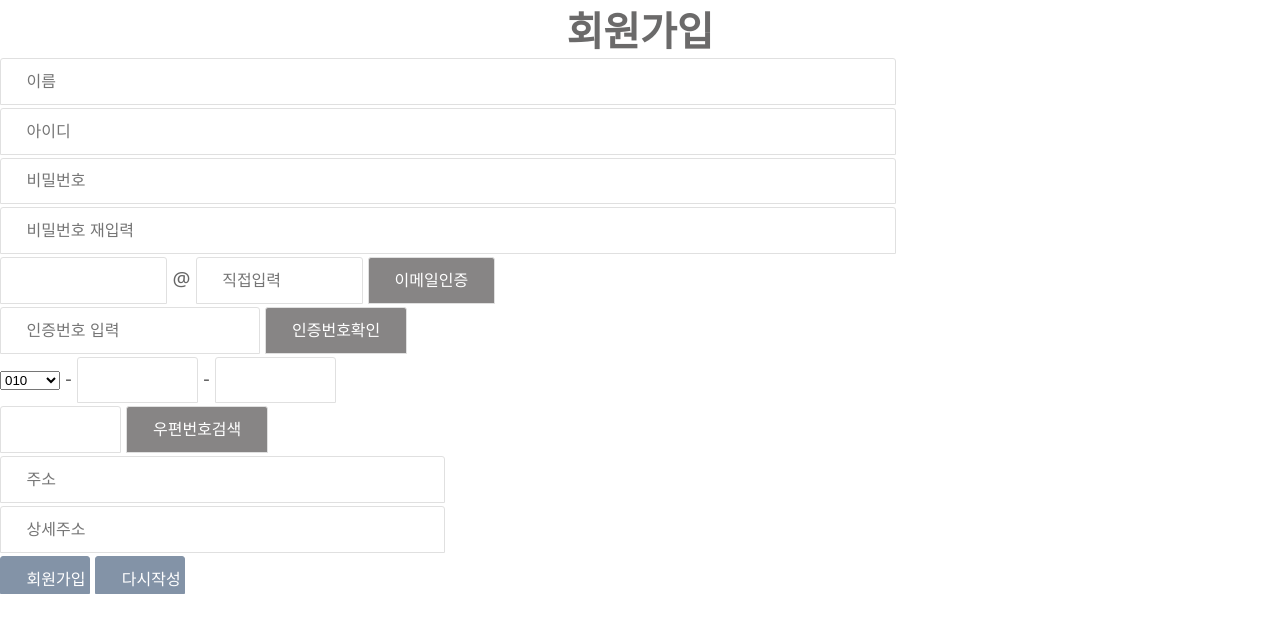
Repository: keepsus/gaebokchi
Page: http://localhost/uzuslime/member/memberWriteForm.jsp
The author's editor kept a copy of each file at every save. The page is drawn from the files as they stood at one save, then again after the next save.
The browser window is 1280 px wide. The pictures show the whole page.
Some web fonts or font styles are not loaded; a fallback is used. The page is served by Tomcat 9. Nobody is signed in. The application's start-up code is not run.

Above is the page before, as saved 2021-02-12 11:05:03.

After the next save:
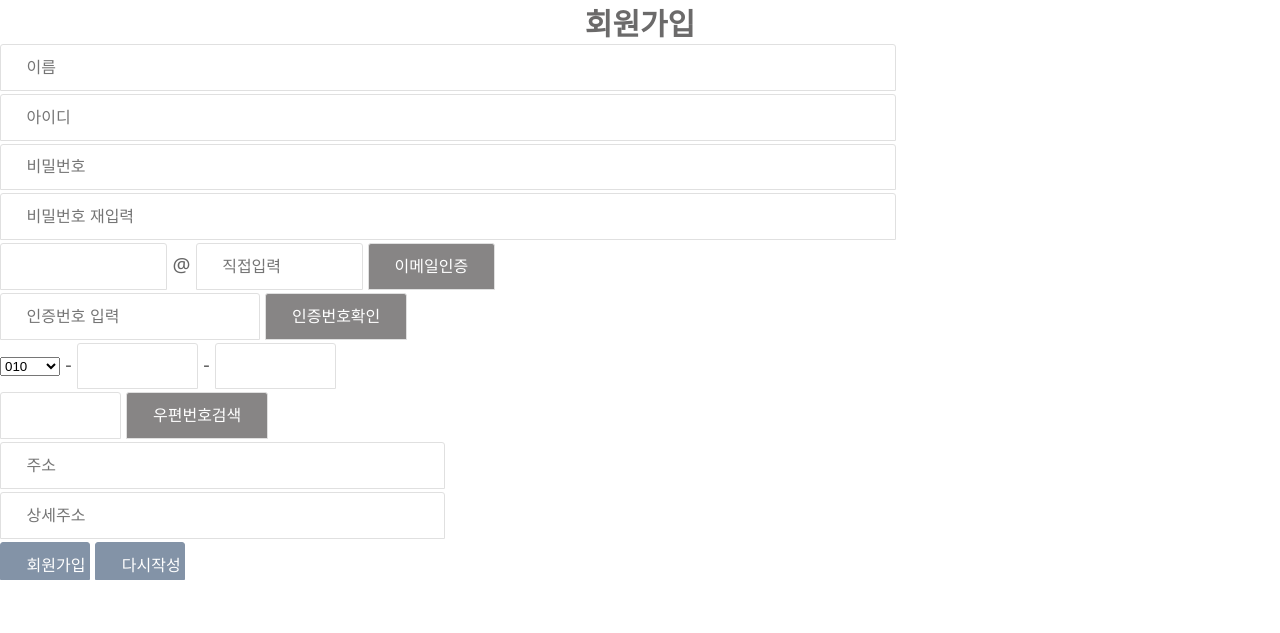
Saved 25 s later.
--- a/uzuslime/src/main/webapp/member/memberWriteForm.jsp
+++ b/uzuslime/src/main/webapp/member/memberWriteForm.jsp
@@ -8,7 +8,7 @@
 
 <form name="memberWriteForm" method="post" action="/slime/member/write">
 	<div>
-	    <h1 class="modal-header" style="text-align:center; color:rgba(63, 62, 62, 0.774);;">회원가입</h1>
+	    <h2 class="modal-header" style="text-align:center; color:rgba(63, 62, 62, 0.774);;">회원가입</h2>
 	</div>
 
 
